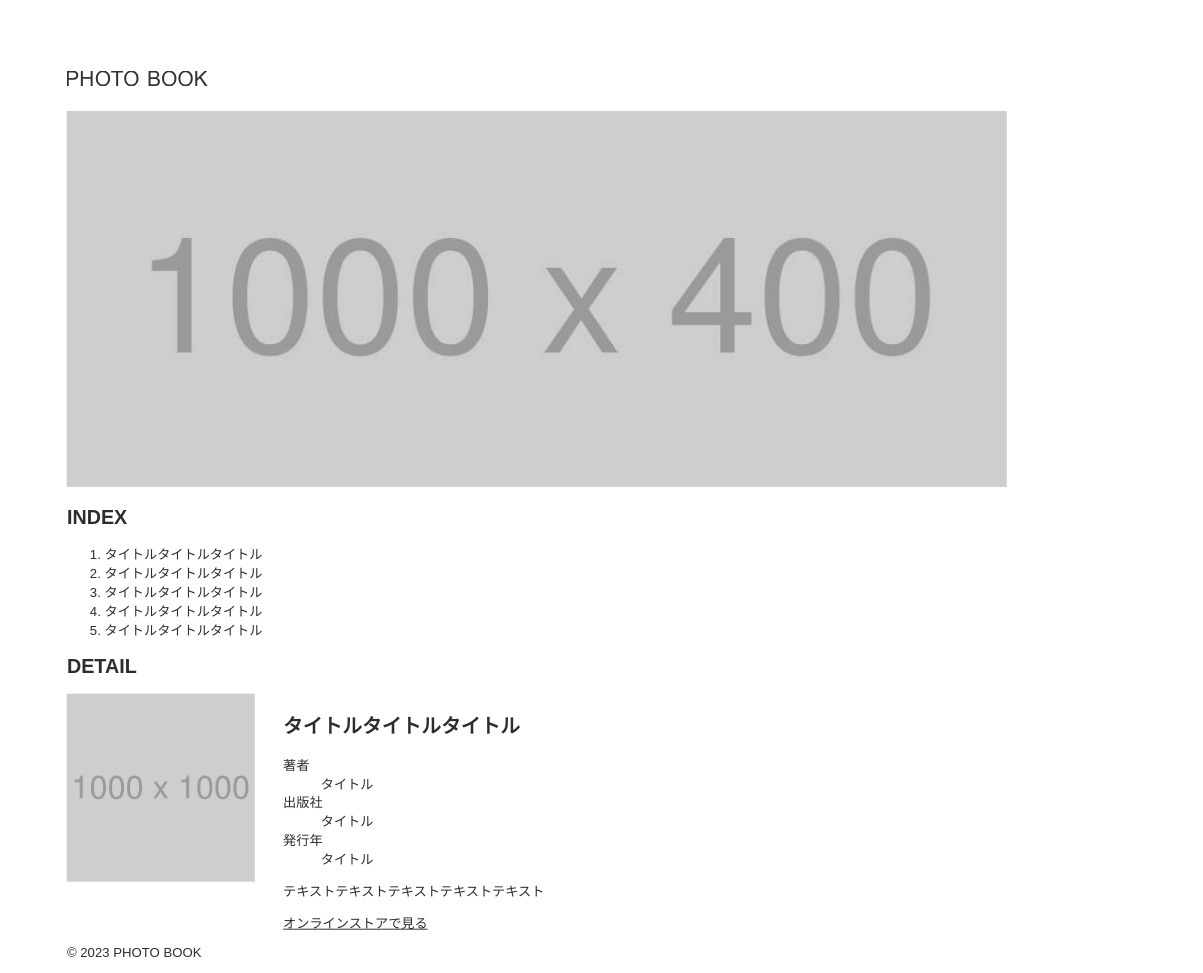
Repository: Fuki-san/photo-book-1
Page: http://localhost/photo
An editor plug-in stored every save of this project. The page is shown before and after the next save, followed by the edit.
The browser window is 1280 px wide. The pictures show the whole page, at 94% of full size.
The page is served by the project's Laravel application, run on PHP 8.4 with Laravel 10.

Above is the page before, as saved 2023-11-26 16:04:34.

After the next save:
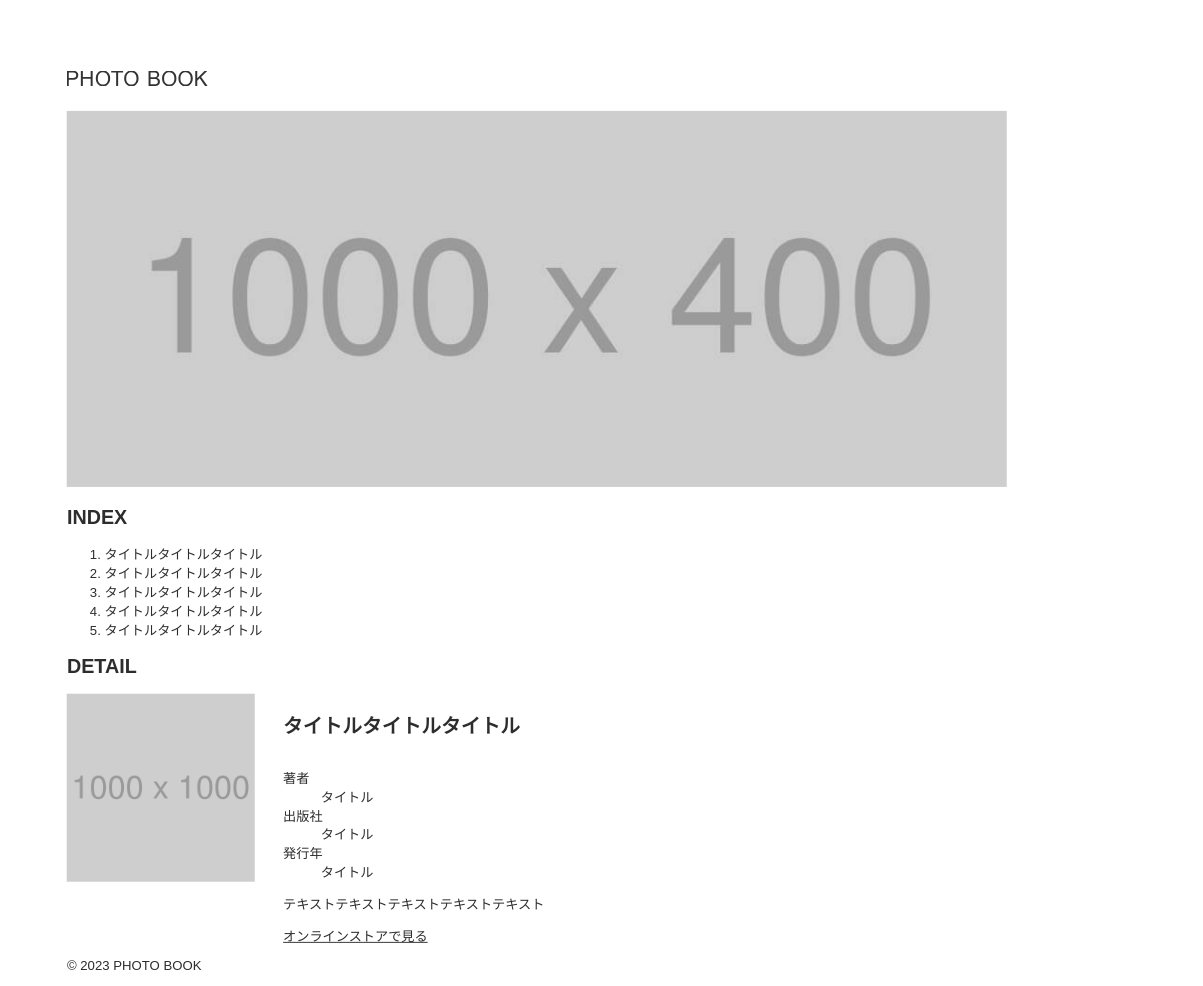
Saved 4 s later.
--- a/public/css/style.css
+++ b/public/css/style.css
@@ -62,5 +62,6 @@ a{
     width: 80%;
 }
 .text h2{
-    display: in;
+    display: inline-block;
+    border-bottom: ;
 }
